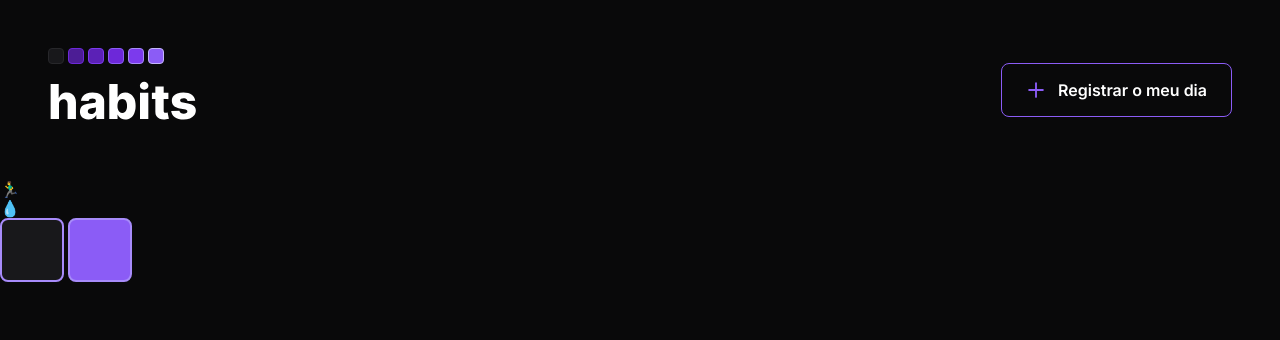
Repository: AntonyCosta/nlw-setup
Page: index.html
An editor plug-in stored every save of this project. The page is shown before and after a run of saves, followed by the edit.
The browser window is 1280 px wide. The pictures show the whole page.

Above is the page before, as saved 2023-01-18 03:45:15.

### index.html
<!DOCTYPE html>
<html lang="pt-br">
  <head>
    <meta charset="UTF-8" />
    <meta http-equiv="X-UA-Compatible" content="IE=edge" />
    <meta name="viewport" content="width=device-width, initial-scale=1.0" />
    <link rel="preconnect" href="https://fonts.googleapis.com" />
    <link rel="preconnect" href="https://fonts.gstatic.com" crossorigin />
    <link
      href="https://fonts.googleapis.com/css2?family=Inter:wght@600&display=swap"
      rel="stylesheet"
    />
    <link rel="stylesheet" href="style.css" />
    <title>Habits</title>
  </head>
  <body>
    <header>
      <img src="./assets/logo.svg" alt="" />
      <button>
        <img src="./assets/plus.svg" alt="" />
        Registrar o meu dia
      </button>
    </header>

    <form>
      <div class="habits">
        <div class="habit">🏃‍♂️</div>
        <div class="habit">💧</div>
        <div class="habit"></div>
      </div>
    </form>

    <input type="checkbox" />
    <input type="checkbox" checked />
  </body>
</html>

### style.css
* {
  margin: 0;
  padding: 0;
  box-sizing: border-box;
}

body {
  background-color: #09090a;
  color: white;

  /* display: grid;
  place-items: center; */

  height: 100vh;
}

header {
  display: flex;
  align-items: center;
  justify-content: space-between;

  padding: 48px;
}

button {
  padding: 16px 24px;
  border: 1px solid #8b5cf6;
  border-radius: 8px;
  background: transparent;
  color: #ffffff;

  display: flex;
  align-items: center;
  gap: 12px;

  font-family: "Inter", arial, sans-serif;
  font-weight: 600;
  font-size: 16px;
  line-height: 125%;
}

input {
  appearance: none;
  -webkit-appearance: none;

  width: 64px;
  height: 64px;

  border: 2px solid #a78bfa;
  border-radius: 8px;

  background: #18181b;
}

input:checked {
  background: #8b5cf6;
  border: 2px solid #a78bfa;
}

After the next 2 saves:
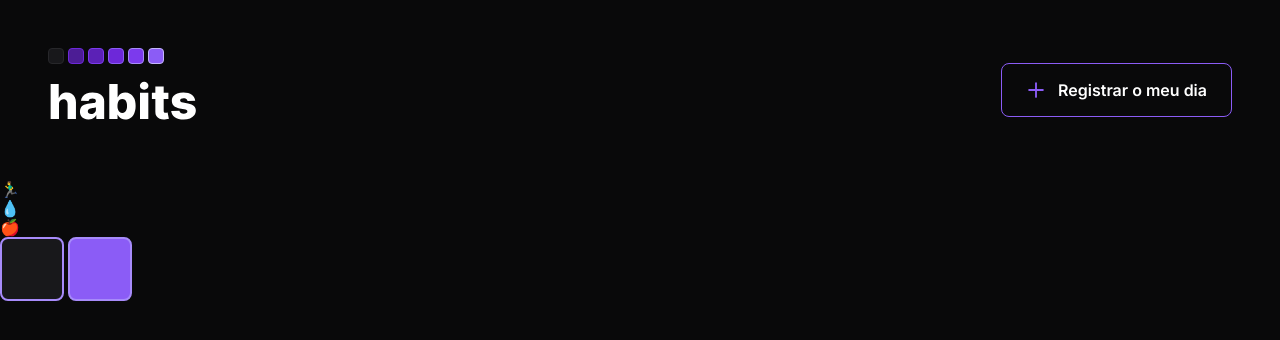
The 2 saves are shown as one change because they came seconds apart.
The last was saved 6 s later.
--- a/index.html
+++ b/index.html
@@ -26,7 +26,7 @@
       <div class="habits">
         <div class="habit">🏃‍♂️</div>
         <div class="habit">💧</div>
-        <div class="habit"></div>
+        <div class="habit">🍎</div>
       </div>
     </form>
 
